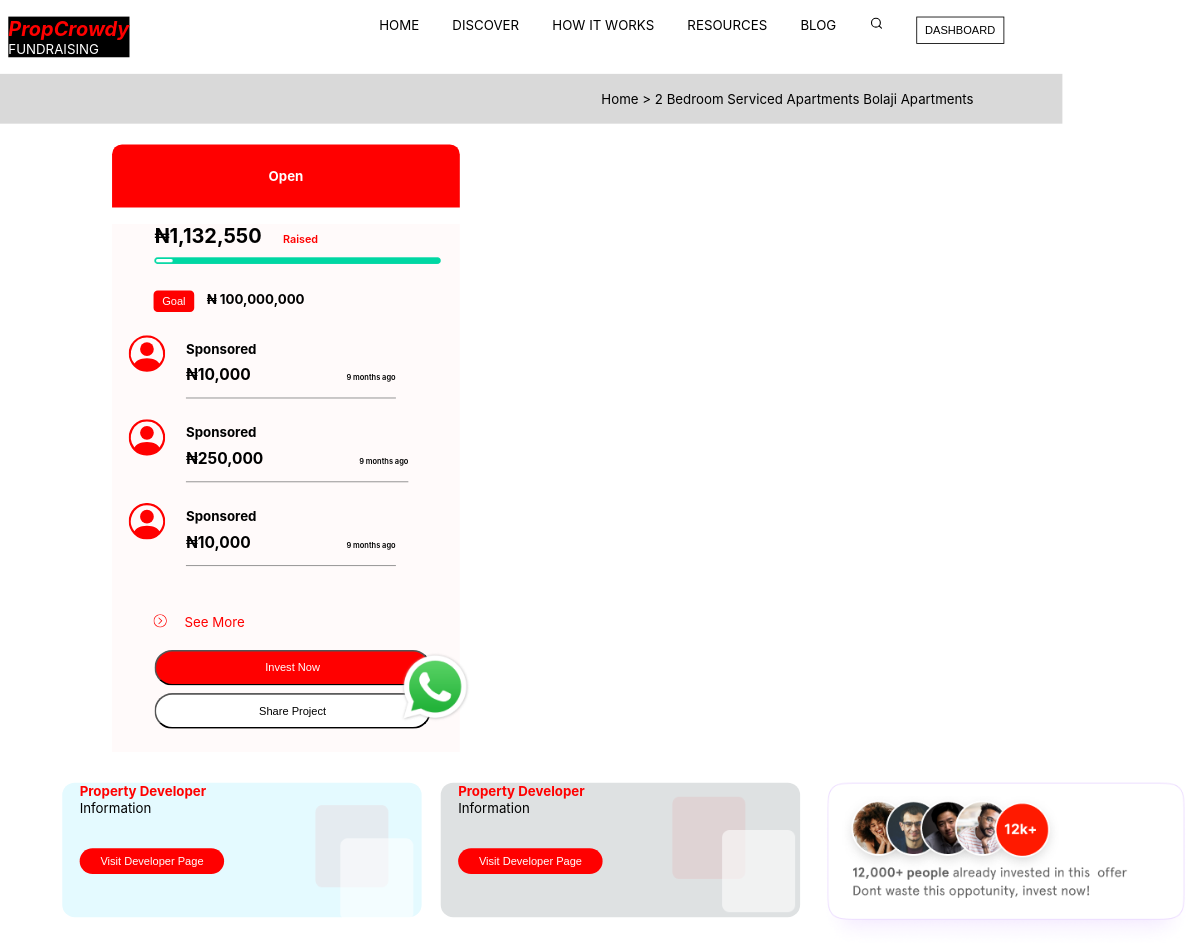
Repository: uh-sman/Popcrowdy
Page: /
An editor plug-in stored every save of this project. The page is shown before and after the next save, followed by the edit.
The browser window is 1280 px wide. The page is 1437 px wide, so the pictures cover 1437 px, including what lies to the right of the window. The pictures show the whole page, at 83% of full size.
The project was rebuilt for these pictures with package versions that can differ from the ones it lists, and the page was loaded fresh each time. Also part of the build but not shown: src/components/Section/carousel.css, src/components/Section/Carousel.js.

Above is the page before, as saved 2022-11-14 22:05:28.

After the next save:
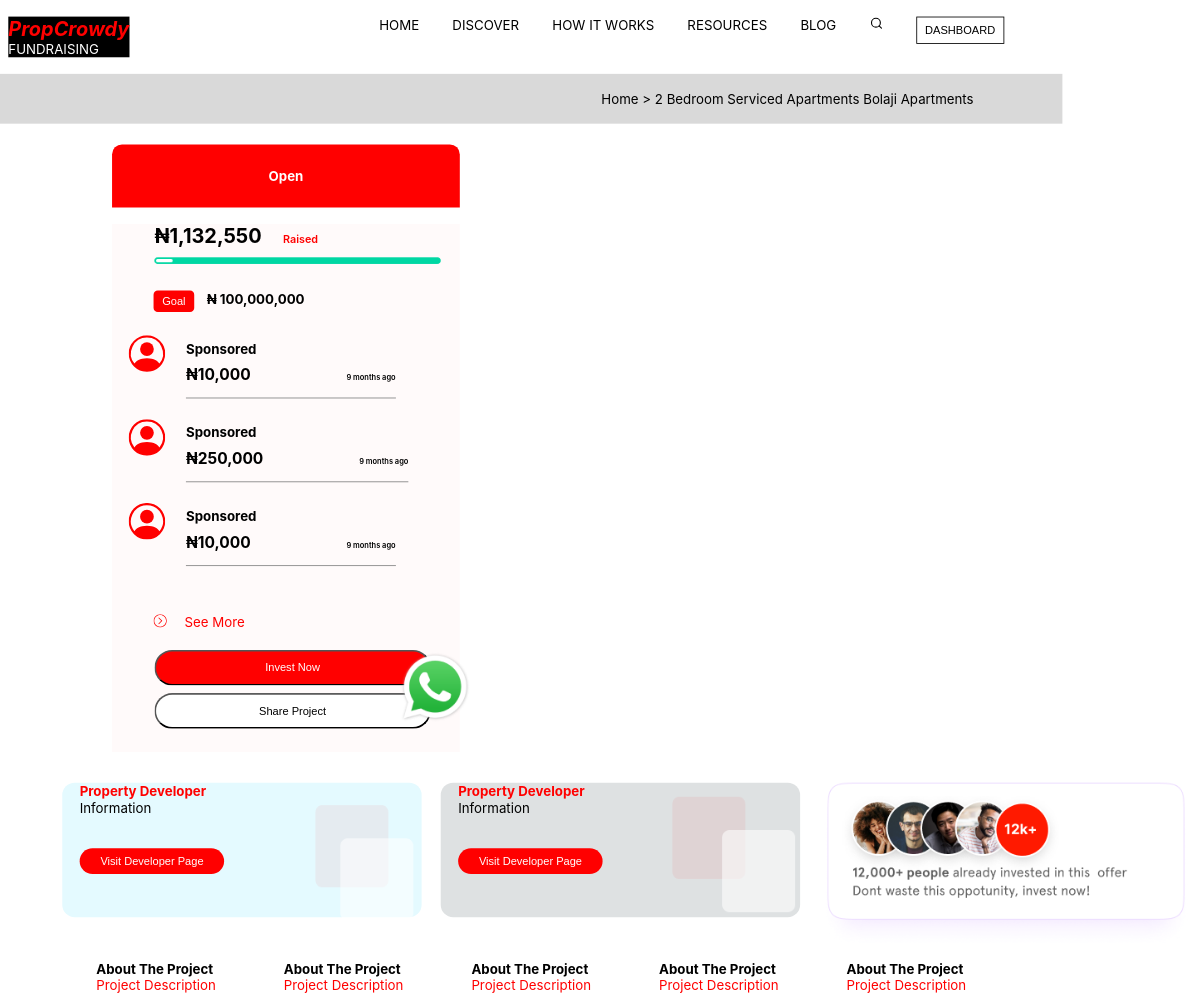
Saved 2 min 10 s later.
--- a/src/App.js
+++ b/src/App.js
@@ -12,7 +12,7 @@
       <SubNav />
       <Hero />
       <SubCard />
-      {/* <Scroll /> */}
+      <Scroll />
       {/* <CarouselDemo /> */}
     </div>
   );
